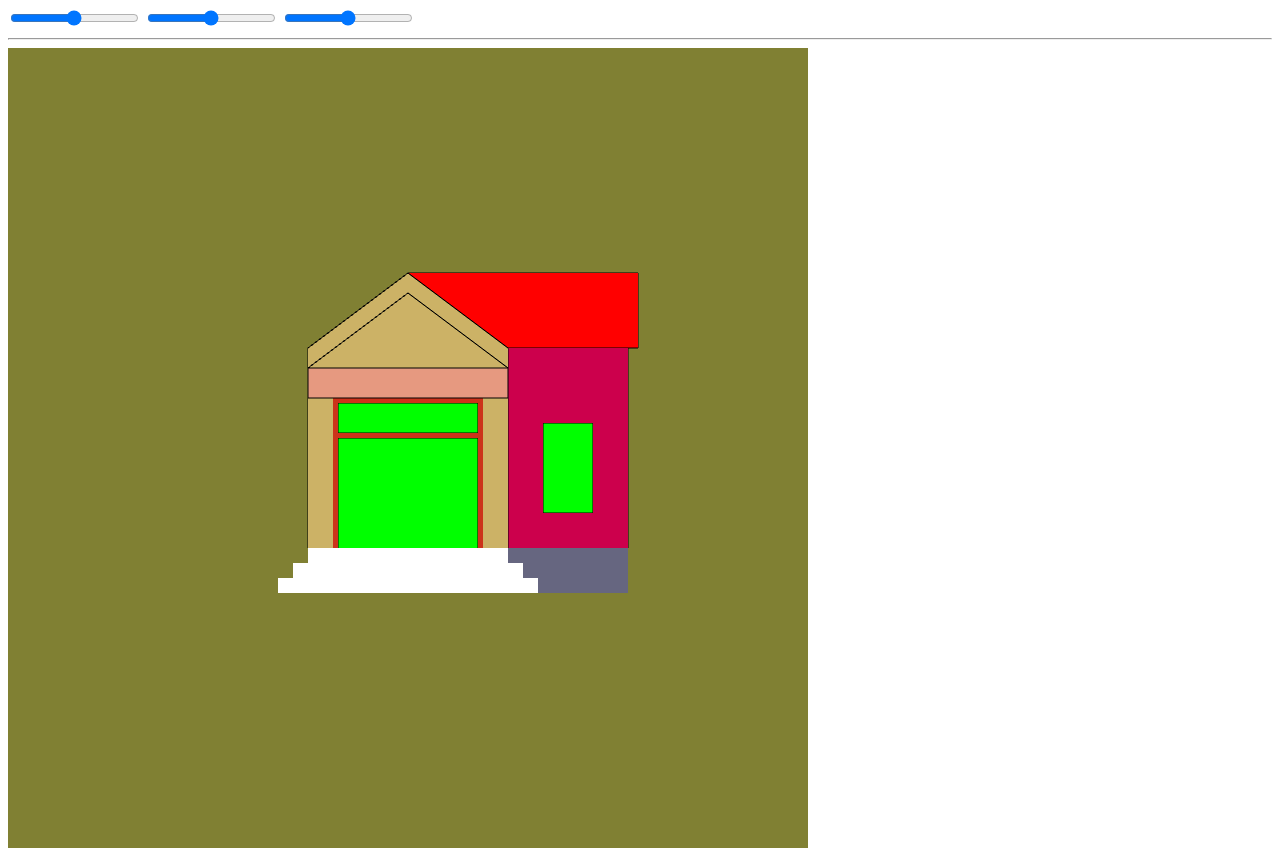
Repository: JoinGame-A36664/Build-House-WebGL
Page: index.html
An editor plug-in stored every save of this project. The page is shown before and after the next save, followed by the edit.
The browser window is 1280 px wide. The pictures show the whole page.

Above is the page before, as saved 2021-10-25 10:29:29.
Console error: ReferenceError: program is not defined

After the next save:
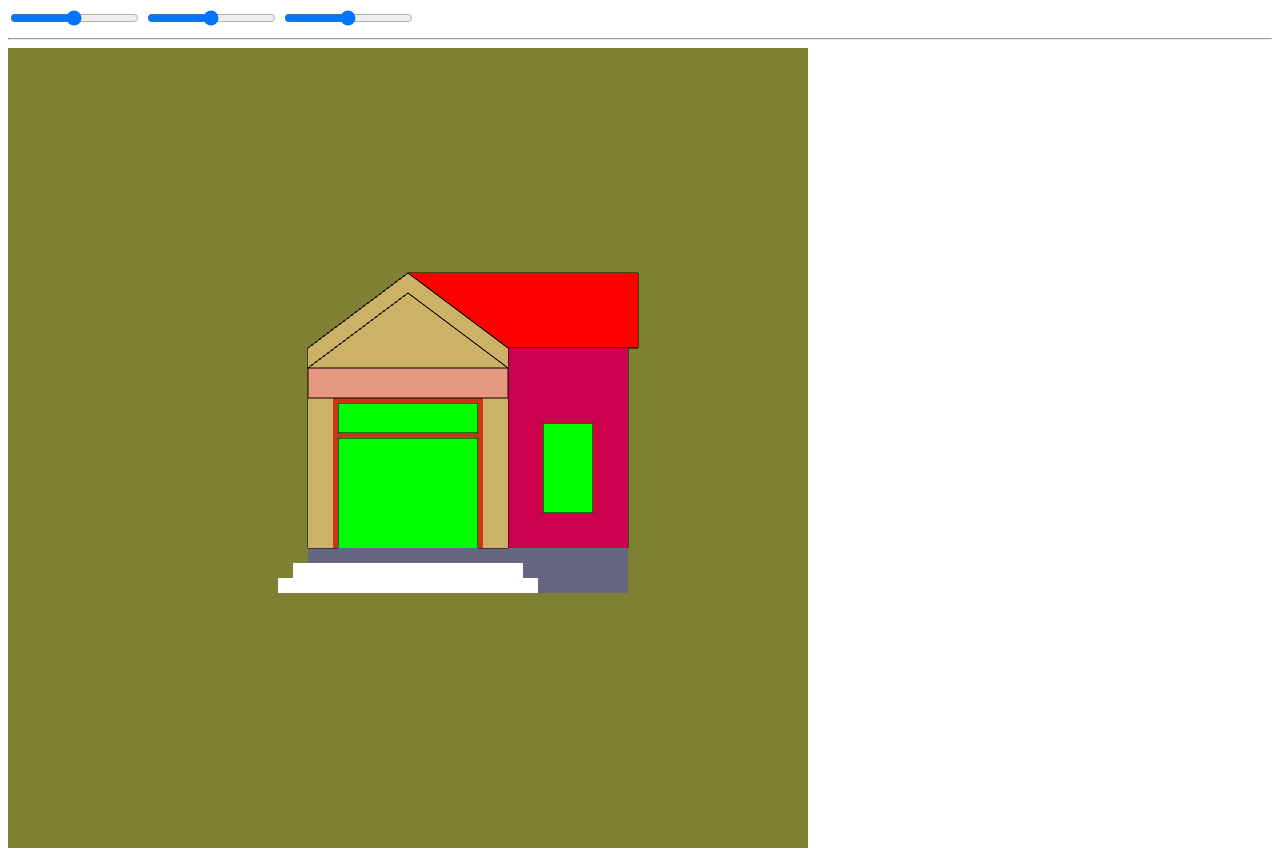
Saved 5 s later.
--- a/Bietthu1.js
+++ b/Bietthu1.js
@@ -237,7 +237,7 @@ function buildHouse(program, vertices, vertexColors) // Truyền vào những g
                     wall(program, vertices[29], vertices[30], vertices[44], vertices[50], vertexColors[0]);
 
 
-                    wall(program, vertices[69], vertices[71], vertices[74], vertices[70], vertexColors[7]);
+                    // wall(program, vertices[69], vertices[71], vertices[74], vertices[70], vertexColors[7]);
                     wall(program, vertices[5], vertices[73], vertices[74], vertices[70], vertexColors[7]);
                     wall(program, vertices[69], vertices[71], vertices[72], vertices[0], vertexColors[7]);
                     wall(program, vertices[78], vertices[75], vertices[76], vertices[77], vertexColors[0]);
